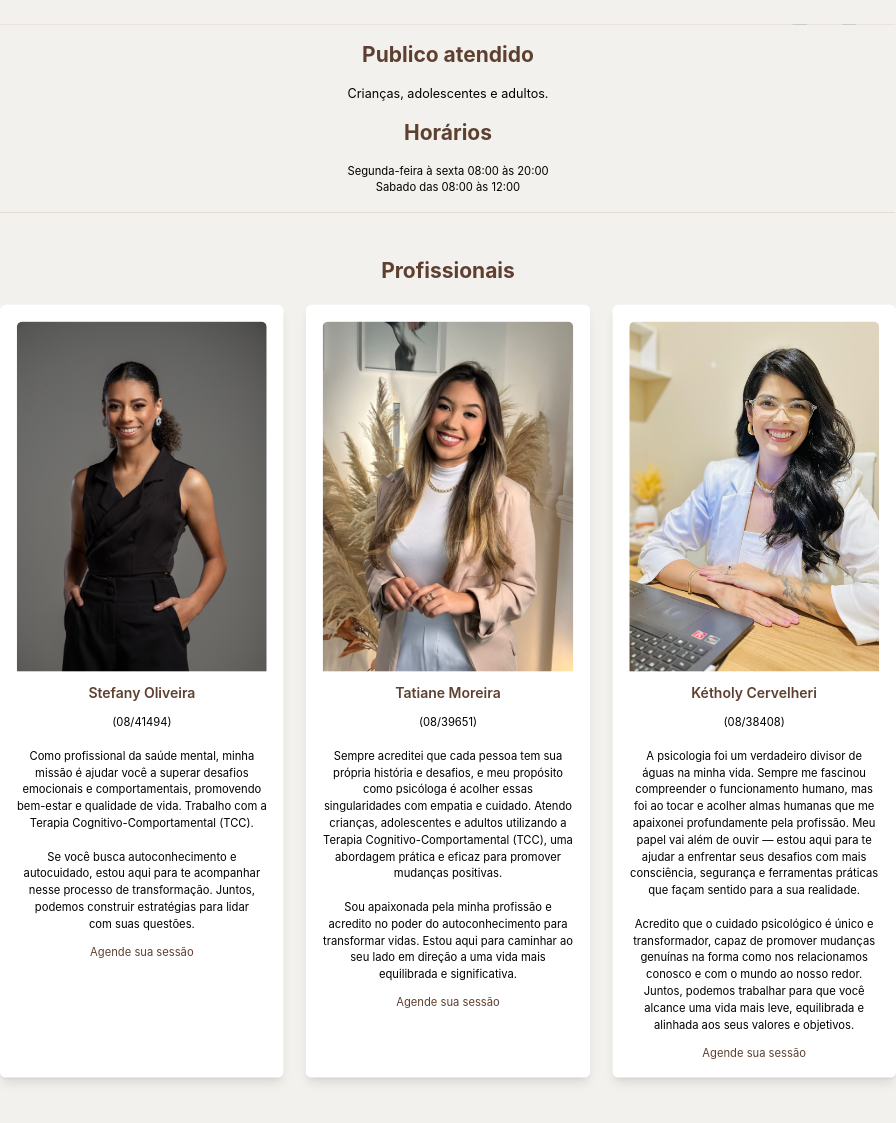
Repository: Mcervelheri/Nous
Page: /
The author's editor kept a copy of each file at every save. The page is drawn from the files as they stood at one save, then again after the next save.
The browser window is 1280 px wide. The pictures show the part of the page from y = 1188 to 3108 px (the page is 2792 px tall before and 3108 px after), at 70% of full size.
The project was rebuilt for these pictures with package versions that can differ from the ones it lists, and the page was loaded fresh each time. Also part of the build but not shown: vite.config.js.

Above is the page before, as saved 2025-02-19 23:05:41.

### index.html
<!DOCTYPE html>
<html lang="en">
  <head>
    <meta charset="UTF-8" />
    <link rel="icon" type="image/svg+xml" href="/src/assets/logos/NOUS.png" />
    <meta name="viewport" content="width=device-width, initial-scale=1.0" />
    <title>Clínica NOUS</title>
  </head>
  <body>
    <div id="root"></div>
    <script type="module" src="/src/main.jsx"></script>
  </body>
</html>

### src/index.css
* {
  margin: 0;
  padding: 0;
  box-sizing: border-box;
}

@media (min-width: 768px) {
  .menu {
    display: flex !important;
  }

  .img_meninas {
    height: 500px;
  }
}

@media (max-width: 768px) {
  .img_meninas {
    height: 500px;
  }

  .inicio {
    flex-direction: column;
  }
}

@media (max-width: 570px) {
  .inicio p {
    text-align: center;
    font-size: 14px;
  }
}

html,
body {
  height: 100%;
  margin: 0;
  padding: 0;
}

#root {
  min-height: 100%;
  display: flex;
  flex-direction: column;
}

main {
  flex: 1;
  padding-bottom: 100px;
  /* Espaço suficiente para o footer */
}

footer {
  flex-shrink: 0;
  /* Isso impede que o footer encolha */
}

body {
  margin: 0;
  font-family: -apple-system, BlinkMacSystemFont, "Segoe UI", "Roboto", "Oxygen",
    "Ubuntu", "Cantarell", "Fira Sans", "Droid Sans", "Helvetica Neue",
    sans-serif;
  -webkit-font-smoothing: antialiased;
  -moz-osx-font-smoothing: grayscale;
}

code {
  font-family: source-code-pro, Menlo, Monaco, Consolas, "Courier New",
    monospace;
}

.map-container {
  height: 100%;
  width: 100%;
}

@tailwind base;
@tailwind components;
@tailwind utilities;

### src/components/Header.jsx
import "react";
import { useState } from "react";
import NavLogo from "./NavLogo";
import HamburgerButton from "./HamburgerButton.jsx";
import NavLinks from "./NavLinks";
import logoNous from "/src/assets/logos/logo-nous.png";

const Header = () => {
  const [isOpen, setIsOpen] = useState(false);

  return (
    <nav className="bg-white w-full">
      <div className="max-w-7xl mx-auto px-4 sm:px-6 lg:px-8">
        <div className="flex justify-between items-center h-16">
          <NavLogo logoSrc={logoNous} alt="Logo NOUS" />
          <HamburgerButton isOpen={isOpen} onClick={() => setIsOpen(!isOpen)} />
          <NavLinks isOpen={isOpen} />
        </div>
      </div>
    </nav>
  );
};

export default Header;

### src/components/Main.jsx
import "react";
import Home from "./Home";
import About from "./About";
import Informations from "./Informations";
import Professionals from "./Professionals";

const Main = () => {
  return (
    <>
      <Home />
      <About />
      <Informations />
      <Professionals />
    </>
  );
};

export default Main;

### src/components/NavLogo.jsx
import React from "react";

const NavLogo = ({ logoSrc, alt }) => (
  <div>
    <a href="#inicio">
      <img src={logoSrc} alt={alt} className="h-16" />
    </a>
  </div>
);

export default NavLogo;

### src/components/HamburgerButton.jsx
import React from "react";

const HamburgerButton = ({ isOpen, onClick }) => (
  <button
    className="md:hidden text-[#5e4031] focus:outline-none shadow-md p-2"
    onClick={onClick}
  >
    <svg
      className="w-6 h-6"
      xmlns="http://www.w3.org/2000/svg"
      fill="none"
      viewBox="0 0 24 24"
      stroke="currentColor"
    >
      <path
        strokeLinecap="round"
        strokeLinejoin="round"
        strokeWidth={2}
        d={!isOpen ? "M4 6h16M4 12h16M4 18h16" : "M6 18L18 6M6 6l12 12"}
      />
    </svg>
  </button>
);

export default HamburgerButton;

### src/components/NavLinks.jsx
import React from "react";
import NavLink from "./NavLink";

const NavLinks = ({ isOpen }) => {
  const links = [
    { href: "#inicio", label: "Início" },
    { href: "#sobre", label: "Sobre" },
    { href: "#profissionais", label: "Profissionais" },
    { href: "#missao", label: "Missão" },
    { href: "#contato", label: "Agende", isButton: true },
  ];

  return (
    <div
      className={`${
        isOpen ? "absolute top-16 right-0 bg-white shadow-md z-10" : "hidden"
      } md:flex md:items-center md:space-x-6 menu`}
    >
      {links.map((link) => (
        <NavLink key={link.href} href={link.href} isButton={link.isButton}>
          {link.label}
        </NavLink>
      ))}
    </div>
  );
};

export default NavLinks;

### src/components/Home.jsx
import "react";
import logoGrande from "/src/assets/logos/logo-nous-grande.png";

const Home = () => {
  return (
    <div id="inicio" className="relative h-screen">
      <div className="inicio fixed inset-0 flex items-center bg-[#bb947e] justify-center z-10 pointer-events-none">
        <div className="max-w-xl">
          <img src={logoGrande} alt="NOUS " className="img_inicio object-fit" />
        </div>
        <p className="text-xl max-w-2xl text-black mx-auto">
          Reconheça, compreenda, transforme-se.
        </p>
      </div>
    </div>
  );
};

export default Home;

### src/components/About.jsx
import React from "react";

const Sobre = () => {
  return (
    <div id="sobre" className="relative bg-[#f3f1ed] py-16 z-20">
      <div className="container mx-auto text-center">
        <h2 className="text-3xl font-bold mb-6 text-[#5e4031]">
          NOUS: Significado
        </h2>
        <p className="max-w-2xl mx-auto text-lg">
          O nome Nous vem do grego antigo e significa “mente”, “inteligência” ou
          “razão”. Na filosofia grega, Nous é a razão divina que governa o
          universo, trazendo ordem e harmonia ao cosmos. Para nós, esse conceito
          simboliza a importância do autoconhecimento e da inteligência
          emocional no cuidado com a saúde mental.
          <br></br>
          <br></br>
          Em nossa clínica, Nous representa nossa missão de cuidar da mente e
          promover o equilíbrio através da razão e do entendimento profundo dos
          sentimentos e pensamentos.
        </p>
      </div>
    </div>
  );
};

export default Sobre;

### src/components/Informations.jsx
import React from "react";

const Information = () => {
  return (
    <div id="Informacoes" className="relative bg-[#f3f1ed] py-6 z-20">
      <div className="container mx-auto text-center">
        <h2 className="text-3xl font-bold mb-6 text-[#5e4031]">
          Publico atendido
        </h2>
        <p className="max-w-2xl mx-auto text-lg">
          Crianças, adolescentes e adultos.
        </p>
        <br></br>
        <h2 className="text-3xl font-bold mb-6 text-[#5e4031]">Horários</h2>
        <p>Segunda-feira à sexta 08:00 às 20:00</p>
        <p>Sabado das 08:00 às 12:00</p>
      </div>
    </div>
  );
};

export default Information;

### src/components/Professionals.jsx
import React from "react";
import { ProfessionalsList } from "./ProfessionalsList";

const Professionals = () => {
  return (
    <>
      <div id="profissionais" className="relative bg-[#f3f1ed] py-16 z-20">
        <div className="container mx-auto text-center">
          <h2 className="text-3xl font-bold mb-8 text-[#5e4031]">
            Profissionais
          </h2>
          <ProfessionalsList />
        </div>
      </div>
    </>
  );
};

export default Professionals;

### src/components/NavLink.jsx
import React from "react";

const NavLink = ({ href, children, isButton }) => {
  const baseClasses = "block px-4 py-2";
  const regularClasses = `${baseClasses} md:px-0 hover:text-[#bb947e]`;
  const buttonClasses = `${baseClasses} bg-[#bb947e] text-white px-4 py-2 rounded hover:bg-[#c79165]`;

  return (
    <a href={href} className={isButton ? buttonClasses : regularClasses}>
      {children}
    </a>
  );
};
export default NavLink;

### src/components/ProfessionalsList.jsx
import React from "react";
import Professional from "./Professional";
import professionalsData from "./ProfessionalsData";

export const ProfessionalsList = () => {
  return (
    <div className="grid grid-cols-1 lg:grid-cols-3 gap-8">
      {professionalsData.map((professional, index) => (
        <Professional
          key={index}
          img={professional.img}
          name={professional.name}
          crp={professional.crp}
          text1={professional.text1}
          text2={professional.text2}
        />
      ))}
    </div>
  );
};

### src/components/Professional.jsx
import React from "react";

const Professional = ({ img, name, crp, text1, text2 }) => {
  return (
    <div className="bg-white shadow-lg rounded-lg p-6 w-full">
      <div>
        <img
          src={img}
          alt={name}
          className="w-full img_meninas object-cover object-top rounded-t-lg"
        />
      </div>
      <h3 className="text-xl font-semibold my-4 text-[#5e4031]">{name}</h3>
      <p className="mb-4">
        ({crp})
        <br />
        <br />
        {text1}
        <br />
        <br />
        {text2}
      </p>
      <a href="#contato" className="text-[#5e4031] hover:underline">
        Agende sua sessão
      </a>
    </div>
  );
};

export default Professional;

### src/components/ProfessionalsData.jsx
import stefanyImg from "/src/assets/Professionals/Stefany.jpg";
import tatianeImg from "/src/assets/Professionals/Tatiane.jpg";
import ketholyImg from "/src/assets/Professionals/Ketholy.jpg";

const professionalsData = [
  {
    img: stefanyImg,
    name: "Stefany Oliveira",
    crp: "08/41494",
    text1:
      "Como profissional da saúde mental, minha missão é ajudar você a superar desafios emocionais e comportamentais, promovendo bem-estar e qualidade de vida. Trabalho com a Terapia Cognitivo-Comportamental (TCC).",
    text2:
      "Se você busca autoconhecimento e autocuidado, estou aqui para te acompanhar nesse processo de transformação. Juntos, podemos construir estratégias para lidar com suas questões.",
  },
  {
    img: tatianeImg,
    name: "Tatiane Moreira",
    crp: "08/39651",
    text1:
      "Sempre acreditei que cada pessoa tem sua própria história e desafios, e meu propósito como psicóloga é acolher essas singularidades com empatia e cuidado. Atendo crianças, adolescentes e adultos utilizando a Terapia Cognitivo-Comportamental (TCC), uma abordagem prática e eficaz para promover mudanças positivas.",
    text2:
      "Sou apaixonada pela minha profissão e acredito no poder do autoconhecimento para transformar vidas. Estou aqui para caminhar ao seu lado em direção a uma vida mais equilibrada e significativa.",
  },
  {
    img: ketholyImg,
    name: "Kétholy Cervelheri",
    crp: "08/38408",
    text1:
      "A psicologia foi um verdadeiro divisor de águas na minha vida. Sempre me fascinou compreender o funcionamento humano, mas foi ao tocar e acolher almas humanas que me apaixonei profundamente pela profissão. Meu papel vai além de ouvir — estou aqui para te ajudar a enfrentar seus desafios com mais consciência, segurança e ferramentas práticas que façam sentido para a sua realidade.",
    text2:
      "Acredito que o cuidado psicológico é único e transformador, capaz de promover mudanças genuínas na forma como nos relacionamos conosco e com o mundo ao nosso redor. Juntos, podemos trabalhar para que você alcance uma vida mais leve, equilibrada e alinhada aos seus valores e objetivos.",
  },
];

export default professionalsData;

### src/components/Mission.jsx
import React from "react";

const Mission = () => {
  return (
    <div id="missao" className="py-16 relative bg-[#f3f1ed] z-20">
      <div className="container mx-auto text-center">
        <h2 className="text-3xl font-bold mb-8 text-[#5e4031]">
          Nossa Essência
        </h2>
        <div className="grid md:grid-cols-3 gap-8">
          <div>
            <h3 className="text-2xl font-semibold mb-4 text-[#5e4031]">
              Missão
            </h3>
            <p>
              Oferecer cuidado psicológico de excelência, promovendo o
              autoconhecimento, a saúde emocional e o bem-estar dos nossos
              clientes.
            </p>
          </div>
          <div>
            <h3 className="text-2xl font-semibold mb-4 text-[#5e4031]">
              Visão
            </h3>
            <p>
              Ser referência em saúde mental e atendimento psicológico,
              contribuindo para uma sociedade mais saudável e consciente.
            </p>
          </div>
          <div>
            <h3 className="text-2xl font-semibold mb-4 text-[#5e4031]">
              Valores
            </h3>
            <p>
              Empatia, ética, acolhimento, compromisso com a ciência, respeito à
              diversidade.
            </p>
          </div>
        </div>
      </div>
    </div>
  );
};

export default Mission;

Loaded but not shown: src/main.jsx (common file); src/App.jsx (common file); tailwind.config.js (common file)

After the next save:
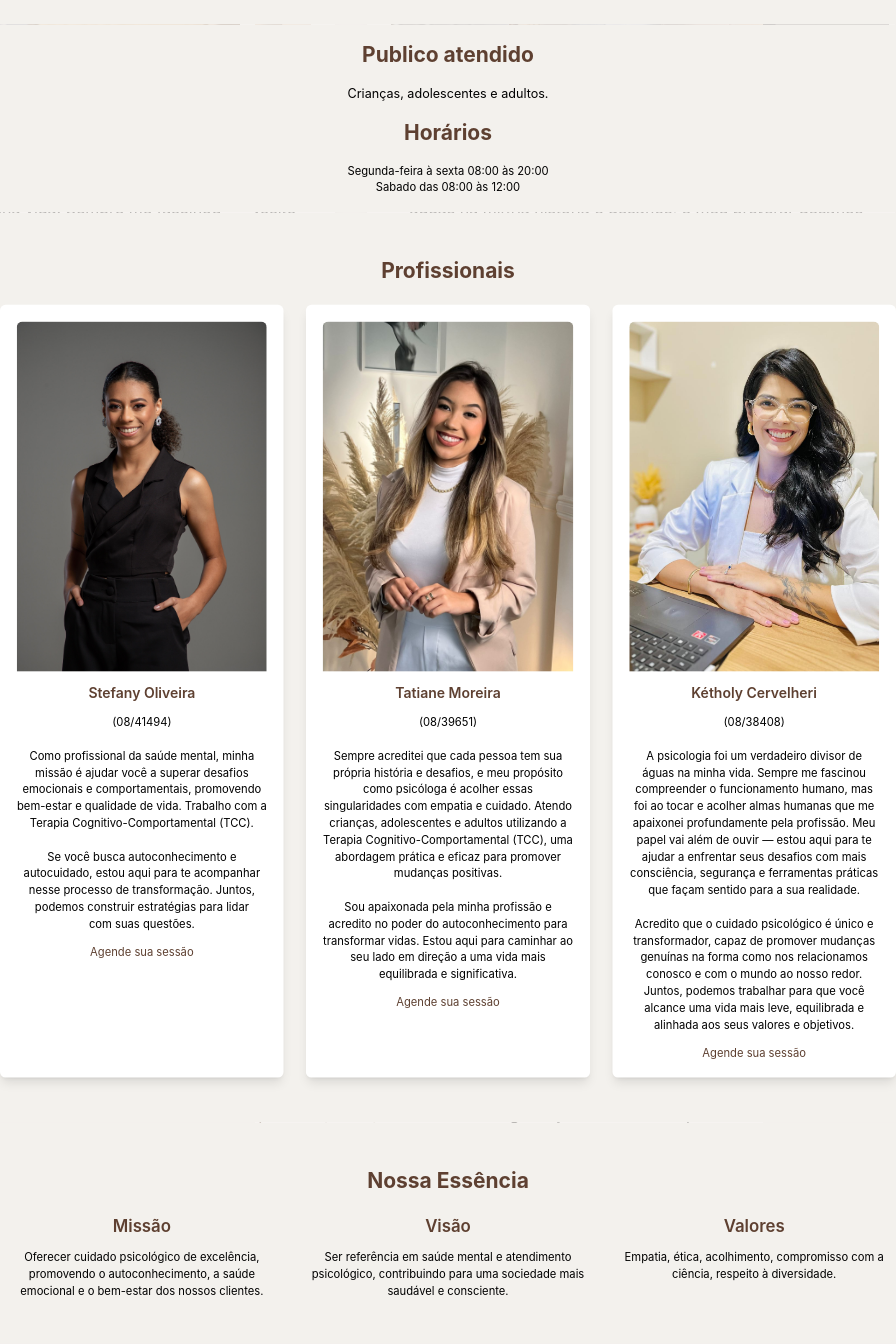
Saved 10 s later.
--- a/src/components/Main.jsx
+++ b/src/components/Main.jsx
@@ -3,6 +3,7 @@ import Home from "./Home";
 import About from "./About";
 import Informations from "./Informations";
 import Professionals from "./Professionals";
+import Mission from "./Mission";
 
 const Main = () => {
   return (
@@ -11,6 +12,7 @@ const Main = () => {
       <About />
       <Informations />
       <Professionals />
+      <Mission />
     </>
   );
 };
